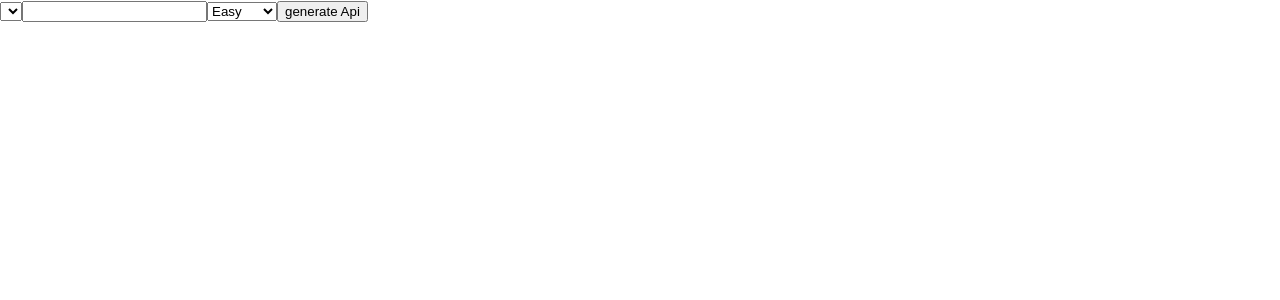
Repository: ranausama48/quiz-App
Page: /
An editor plug-in stored every save of this project. The page is shown before and after the next save, followed by the edit.
The browser window is 1280 px wide. The pictures show the whole page.
The page's requests for data from a server got no answer. The project was rebuilt for these pictures with package versions that can differ from the ones it lists, and the page was loaded fresh each time. No one was signed in, and anything a server would have sent is missing. Also part of the build but not shown: src/components/QuestionCard.tsx, src/components/ScorePage.tsx, src/components/QuizDash.tsx.

Above is the page before, as saved 2020-07-26 14:12:10.

### src/App.tsx
import React from "react";
import { getApiData, getCatories } from "./api/api";
import { SingleQuestion } from "./Types/quiz_types";
import Main from "./components/QuizDash";
import styled from "styled-components";
const Container = styled.div`
  background: red;
  height: 100vh;
`;

function App() {
  const [quiz, setQuiz] = React.useState<SingleQuestion[]>([]);
  let [catagories, setCatagories] = React.useState<object[]>();
  let [apiParams, setapiParams] = React.useState<{
    questionLength: string;
    level: string;
    catagory: string;
  }>({
    questionLength: "1",
    level: "easy",
    catagory: "9",
  });
  const generateApi = () => {
    const { questionLength, level, catagory } = apiParams;
    console.log("questionLength", questionLength);
    console.log("level", level);
    console.log("catagory", catagory);

    async function fetchData() {
      const questions: SingleQuestion[] = await getApiData(
        catagory,
        questionLength,
        level
      );
      console.log(questions);
      setQuiz(questions);
    }
    fetchData();
  };
  React.useEffect(() => {
    async function fetchCatory() {
      const catories: SingleQuestion[] = await getCatories();

      setCatagories(catories);
    }
    fetchCatory();
  }, []);
  const changeHandler = (e: any) => {
    const value = e.target.value;
    const name = e.target.name;
    setapiParams((prev) => {
      return {
        ...prev,
        [name]: value,
      };
    });
  };
  return (
    <div className="app">
      {console.log(apiParams)}

      {console.log("quiz", quiz)}
      {quiz[0] ? (
        <Main question={quiz} />
      ) : (
        <>
          <select onChange={changeHandler} name="catagory">
            {catagories
              ? catagories.map((data: any, index: number) => (
                  <option value={data.id}>
                    {console.log(data)}
                    {data.name}
                  </option>
                ))
              : []}
          </select>
          <input
            type="number"
            name="questionLength"
            id=""
            onChange={changeHandler}
          />
          <select onChange={changeHandler} name="level">
            <option value="easy">Easy</option>
            <option value="medium">Medium</option>
            <option value="hard">Hard</option>
          </select>
          <button onClick={generateApi}> generate Api</button>
        </>
      )}
    </div>
  );
}

export default App;

### src/api/api.ts
import { OverallQuiz, SingleQuestion } from "../Types/quiz_types";
export const shuffleArray = (array: any[]) => {
  [...array].sort(() => Math.random() - 0.5);
};

export const getApiData = async (
  catagory: string,
  questionLength: string,
  level: string
): Promise<SingleQuestion[]> => {
  console.log("questionLength", questionLength);
  console.log("catagory", catagory);

  console.log("level", level);

  const res = await fetch(
    `https://opentdb.com/api.php?amount=${questionLength}&category=${catagory}&difficulty=${level}`
  );
  console.log(res);
  let { results } = await res.json();
  console.log(results);
  const quiz: SingleQuestion[] = results.map((questionObj: OverallQuiz) => {
    return {
      question: questionObj.question,
      answer: questionObj.correct_answer,
      option: questionObj.incorrect_answers.concat(questionObj.correct_answer),
    };
  });
  return quiz;
};

export const getCatories = async () => {
  const res = await fetch(`https://opentdb.com/api_category.php`);
  const { trivia_categories } = await res.json();
  return trivia_categories;
};

Loaded but not shown: public/index.html (common file); src/index.tsx (common file); src/index.css (common file); src/serviceWorker.ts (common file)

After the next save:
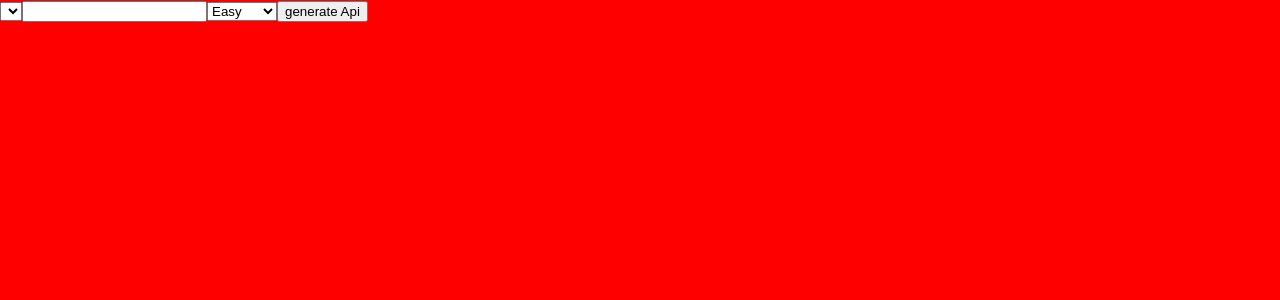
Saved 26 s later.
--- a/src/App.tsx
+++ b/src/App.tsx
@@ -56,7 +56,7 @@ function App() {
     });
   };
   return (
-    <div className="app">
+    <Container className="app">
       {console.log(apiParams)}
 
       {console.log("quiz", quiz)}
@@ -88,7 +88,7 @@ function App() {
           <button onClick={generateApi}> generate Api</button>
         </>
       )}
-    </div>
+    </Container>
   );
 }
 
